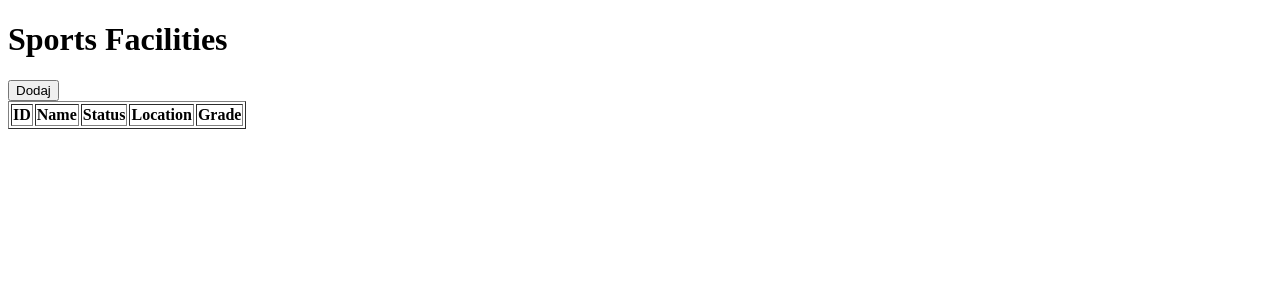
Repository: markovicuros/Fitpass-web
Page: FitnessCenter/WebContent/index.html
These files come from the project's save history. The page is drawn as it stood at one moment and after the next save; the edit follows.
The browser window is 1280 px wide. The pictures show the whole page.
The page's requests for data from a server got no answer.

Above is the page before, as saved 2022-06-19 22:35:31.

After the next save:
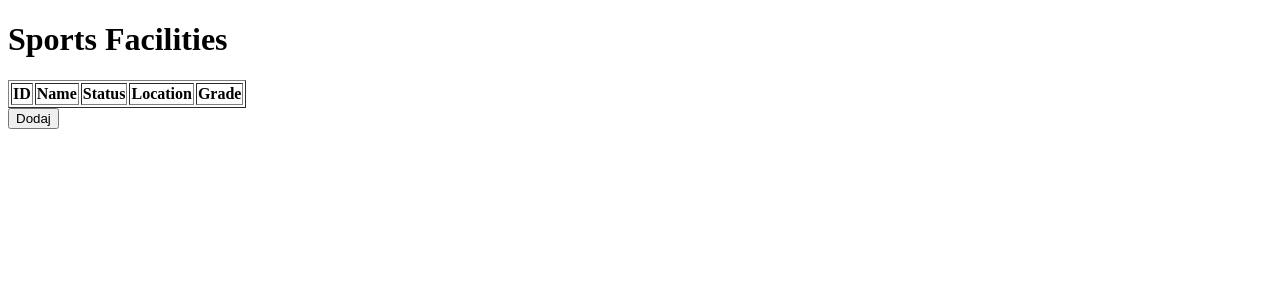
Saved 116 s later.
--- a/FitnessCenter/WebContent/index.html
+++ b/FitnessCenter/WebContent/index.html
@@ -31,9 +31,44 @@
             <td>{{sf.averageGrade}}</td>
 
         </tr>
-		<button v-on:click="showForm()">Dodaj</button>
     </table>
+    <button v-on:click="showForm()">Dodaj</button>
     </form>
+			<form id="forma" @submit="createOrEditProduct" v-bind:hidden="mode=='BROWSE'">
+
+				<table>
+					<tr>
+						<td>Ime:</td>
+						<td><input v-bind:disabled="mode!='CREATE'" type="text" name="name"
+							v-model="user.name" /></td>
+					</tr>
+
+					<tr>
+						<td>Prezime</td>
+						<td><input type="text" name="name"
+							v-model="user.surname" />
+						</td>
+					</tr>
+
+					<tr>
+						<td>Username:</td>
+						<td><input type="text" name="name"
+							v-model="user.username" />
+						</td>
+					</tr>
+
+					<tr>
+						<td>Password:</td>
+						<td><input type="text" name="name"
+							v-model="user.password" />
+						</td>
+					</tr>
+					<tr>
+						<td><input type="submit" value="Pošalji" /></td>
+
+					</tr>
+				</table>
+			</form>
     </div>
 
     <script src="js/vue.js"></script>
